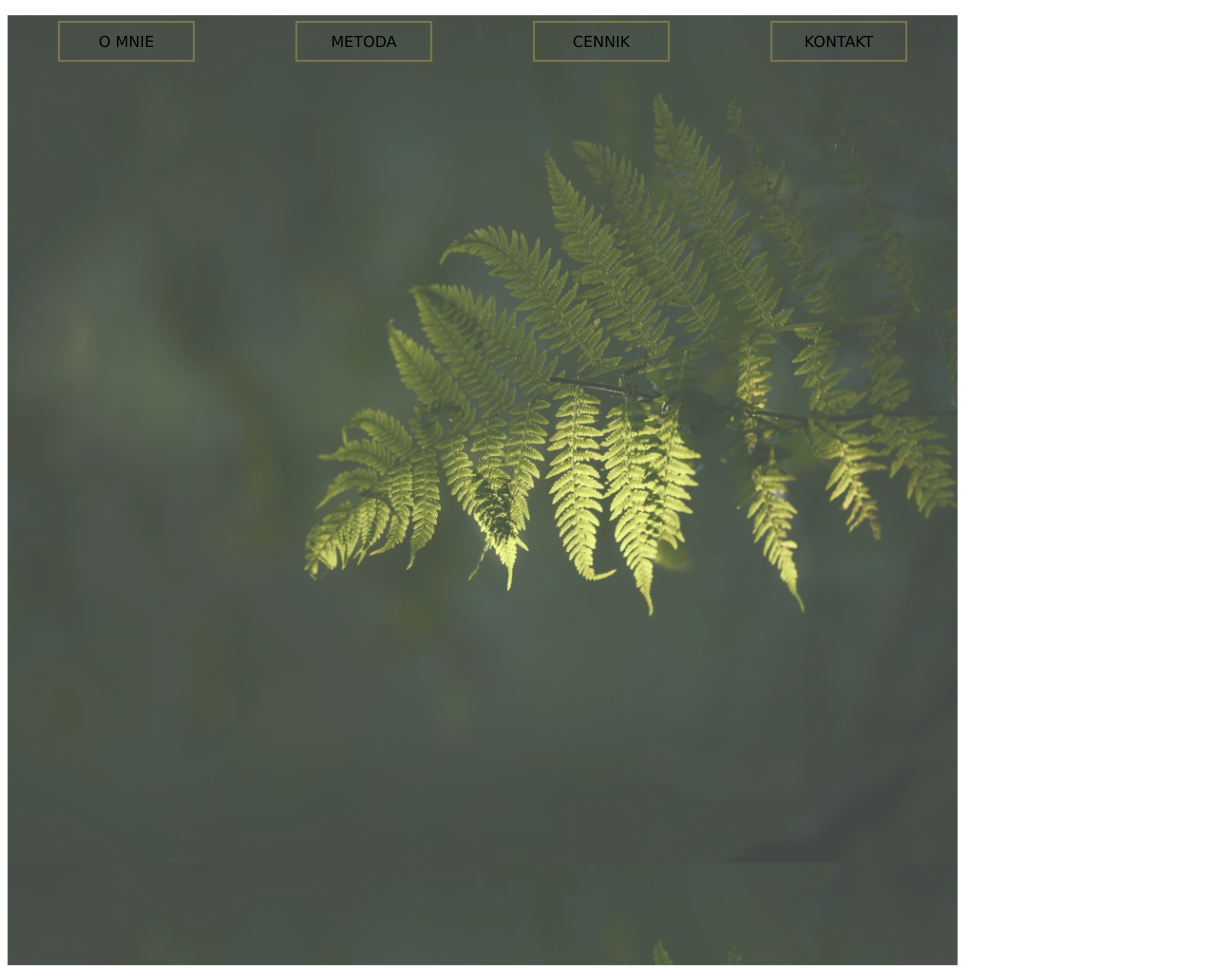
Repository: LechCieslak/Anna_Cieslak_v2.1
Page: index.html
An editor plug-in stored every save of this project. The page is shown before and after the next save, followed by the edit.
The browser window is 1280 px wide. The pictures show the whole page, at 95% of full size.

Above is the page before, as saved 2020-09-17 16:05:10.

After the next save:
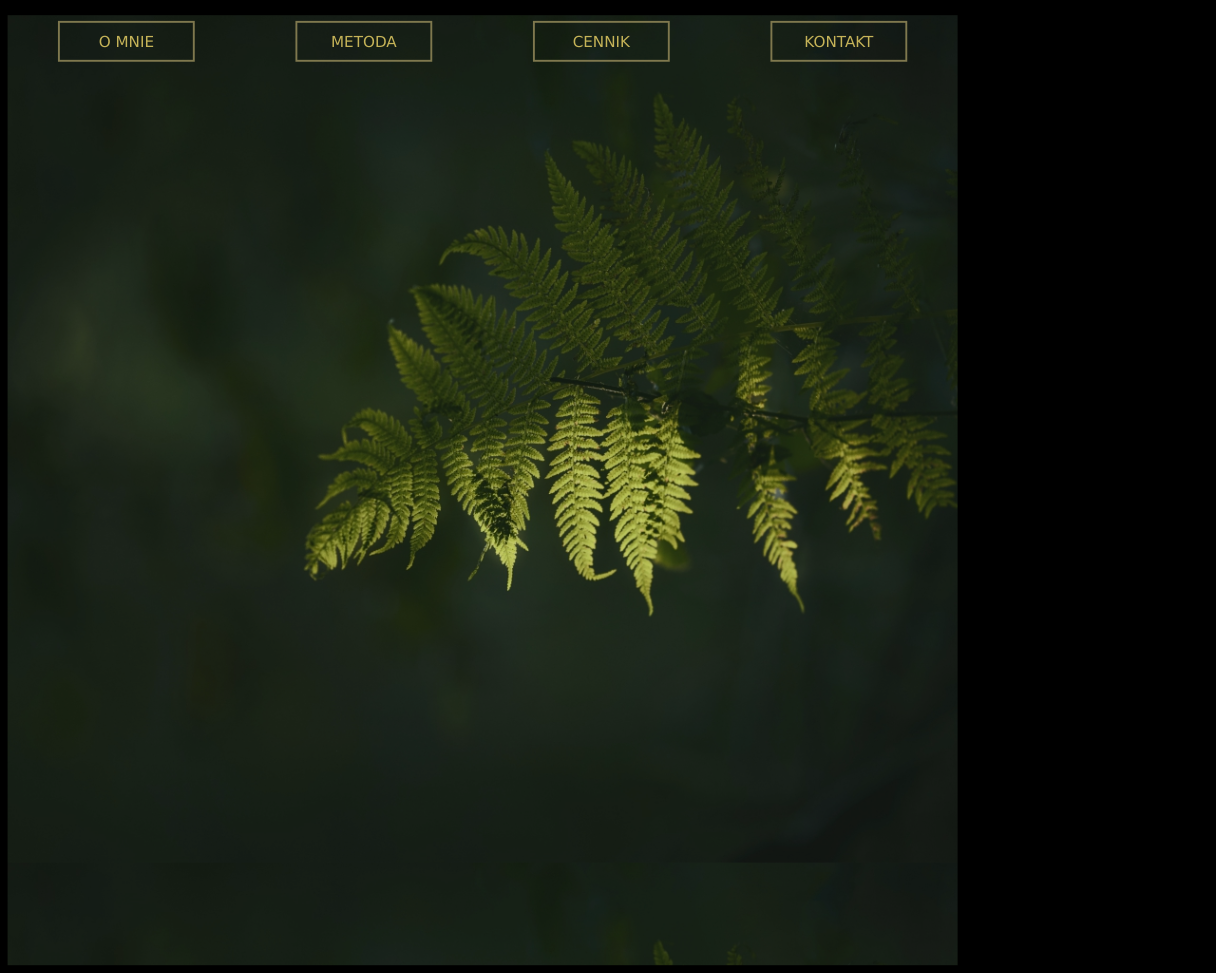
Saved 5 s later.
--- a/style.css
+++ b/style.css
@@ -7,7 +7,7 @@ body {
     --tlo: #4C6464;
     --text: #C5B358;
     --ramka: #7F784E;
-    /* background-position-x: center;
+    /* background-position-x: center;*/
     background-color: black;
     color: var(--text);
     /* animation: backgroundEffPoz 3s forwards; */
